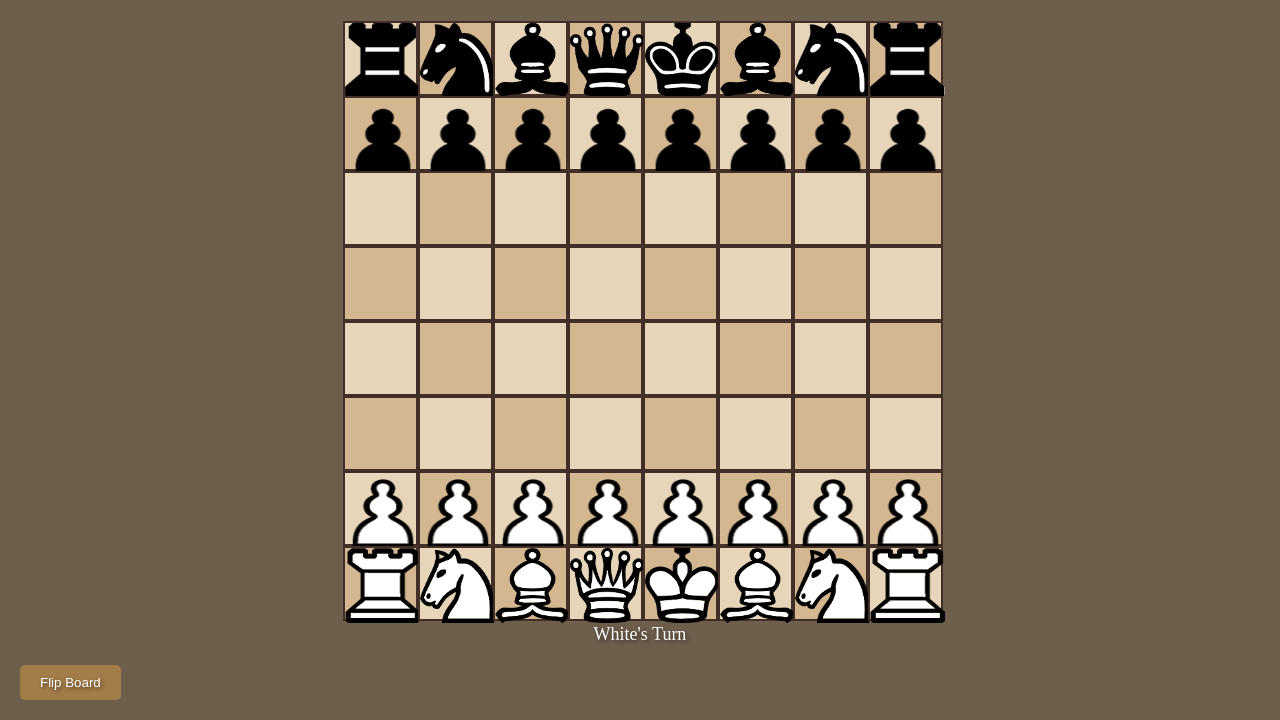
Repository: AlexYodice/Javascript-Chess-Game-GOT
Page: chess.html
An editor plug-in stored every save of this project. The page is shown before and after the next save, followed by the edit.
The browser window is 1280 px wide. The pictures show the whole page.

Above is the page before, as saved 2023-05-15 22:43:35.

After the next save:
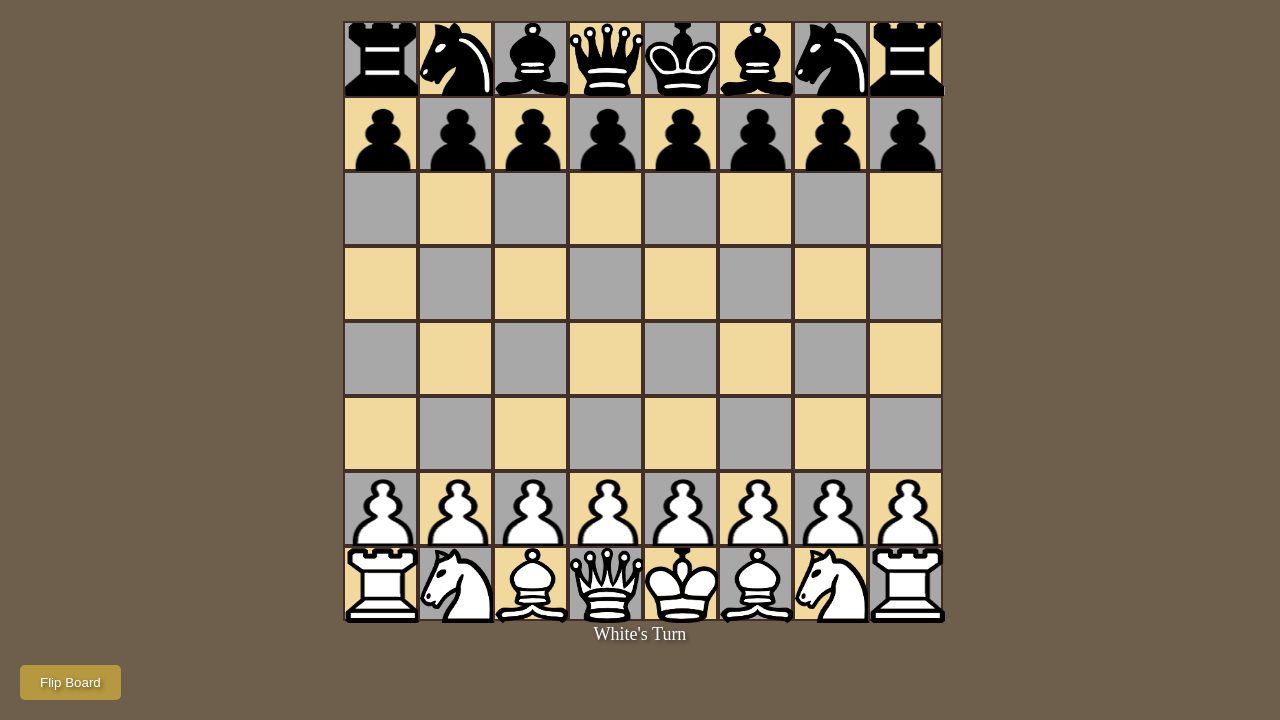
Saved 4 min 34 s later.
--- a/chess.css
+++ b/chess.css
@@ -19,24 +19,24 @@
 	height: 75px;
 	box-sizing: border-box;
 	border: 2px solid #422f27;
-	background-color: #d4b691;
+	background-color: #a8a8a8; /* Greyish stone color for blacks */
 	position: relative;
   }
 
   #board .even div:nth-child(even) {
-	background: #e6d5b8;
+	background: #a8a8a8;
   }
 
   #board .even div:nth-child(odd) {
-	background: #d4b691;
+	background: #f1d99e; /* Yellowish gold color for whites */
   }
 
   #board .odd div:nth-child(even) {
-	background: #d4b691;
+	background: #f1d99e;
   }
 
   #board .odd div:nth-child(odd) {
-	background: #e6d5b8;
+	background: #a8a8a8;
   }
 
   .animate {
@@ -146,42 +146,42 @@
 	width: 100%;
 	text-align: center;
 	margin-top: 40vh;
-	font-size: 40px;
+	font-size: 40px
+
   }
 
-  .show {
-	display: block !important;
-	animation: showMessage
-	1s ease-out;
-	animation-fill-mode: both;
-  }
+	.show {
+		display: block !important;
+		animation: showMessage 1s ease-out;
+		animation-fill-mode: both;
+	  }
 
-  @keyframes showMessage {
-	0% {
-	  opacity: 0;
-	}
-	100% {
-	  opacity: 1;
-	}
-  }
+	  @keyframes showMessage {
+		0% {
+		  opacity: 0;
+		}
+		100% {
+		  opacity: 1;
+		}
+	  }
 
-  #turn {
-	text-align: center;
-	font-size: 18px;
-	color: #fff;
-	text-shadow: 2px 2px 4px rgba(0, 0, 0, 0.5);
-  }
+	  #turn {
+		text-align: center;
+		font-size: 18px;
+		color: #fff;
+		text-shadow: 2px 2px 4px rgba(0, 0, 0, 0.5);
+	  }
 
-  .winning-sign:first-letter {
-	text-transform: uppercase;
-  }
+	  .winning-sign:first-letter {
+		text-transform: uppercase;
+	  }
 
-  .flip-board {
-	padding: 10px 20px;
-	border-radius: 5px !important;
-	outline: 0;
-	background: #a37d49;
-	color: white;
-	border: 0;
-	text-shadow: 2px 2px 4px rgba(0, 0, 0, 0.5);
-  }
+	  .flip-board {
+		padding: 10px 20px;
+		border-radius: 5px !important;
+		outline: 0;
+		background: #b5983f; /* Yellowish gold color for the flip-board button */
+		color: white;
+		border: 0;
+		text-shadow: 2px 2px 4px rgba(0, 0, 0, 0.5);
+	  }
